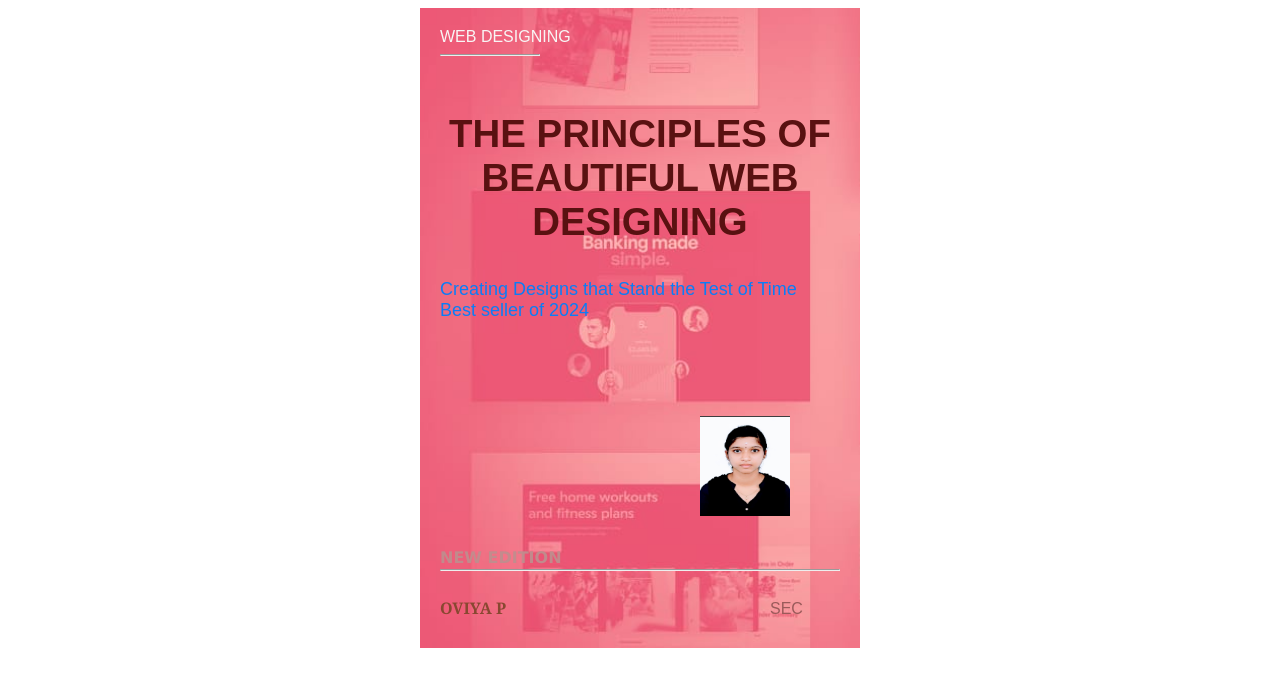
Repository: Oviya24032K6/cover
Page: oviya/coverapp/static/book.html
The author's editor kept a copy of each file at every save. The page is drawn from the files as they stood at one save, then again after a run of saves.
The browser window is 1280 px wide. The pictures show the whole page.

Above is the page before, as saved 2024-04-09 13:53:00.

After the next 2 saves:
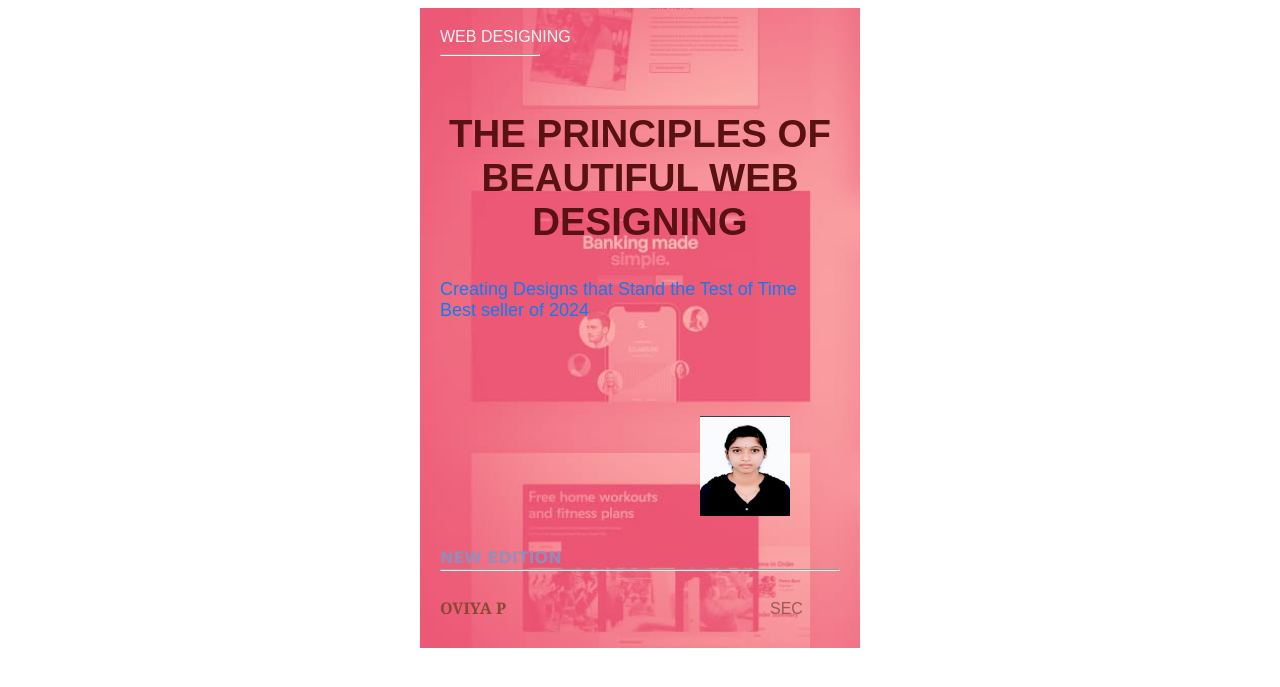
The 2 saves are shown as one change because they came seconds apart.
The last was saved 9 s later.
--- a/oviya/coverapp/static/book.html
+++ b/oviya/coverapp/static/book.html
@@ -59,7 +59,7 @@
         }
 
         .end {
-            color: rgba(190, 141, 141, 0.94);
+            color: rgba(141, 143, 190, 0.94);
             font-size: medium;
             font-family: Verdana;
             position: relative;
